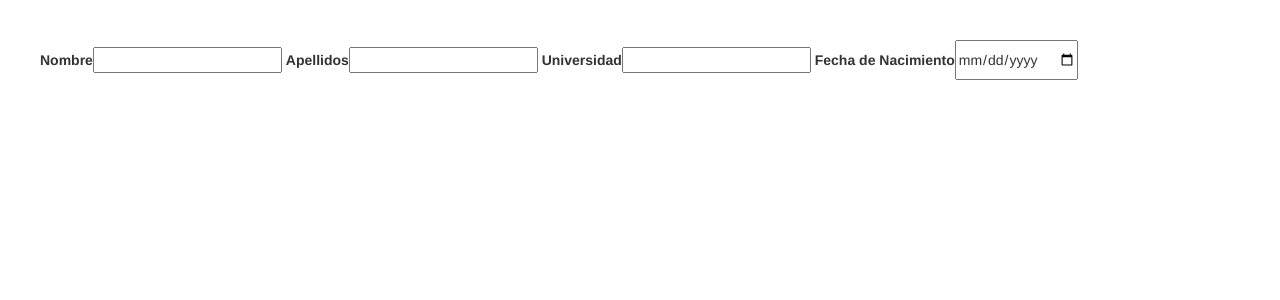
Repository: yoshitomimaehara/sdpa
Page: http://localhost/Sistema_de_Pruebas_Academicas/alumno_insertar.jsp
The author's editor kept a copy of each file at every save. The page is drawn from the files as they stood at one save, then again after the next save.
The browser window is 1280 px wide. The pictures show the whole page.
The page is served by Tomcat 9.

Above is the page before, as saved 2013-10-06 18:45:13.
Console error: TypeError: $(...).alert is not a function

After the next save:
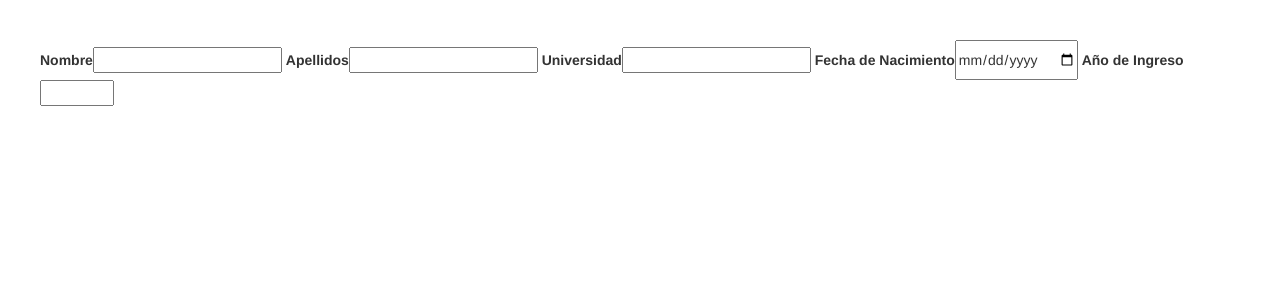
Saved 61 min 38 s later.
--- a/Web/Sistema de Pruebas Academicas/Sistema de Pruebas Academicas/WebContent/alumno_insertar.jsp
+++ b/Web/Sistema de Pruebas Academicas/Sistema de Pruebas Academicas/WebContent/alumno_insertar.jsp
@@ -16,6 +16,7 @@
 		<label>Apellidos</label><input type="text"/>
 		<label>Universidad</label><input type="text"/>
 		<label>Fecha de Nacimiento</label><input type="date"/>
+		<label>Año de Ingreso</label><input type="number" min="2000" max="2013">
 	</form>
 </body>
 </html>
